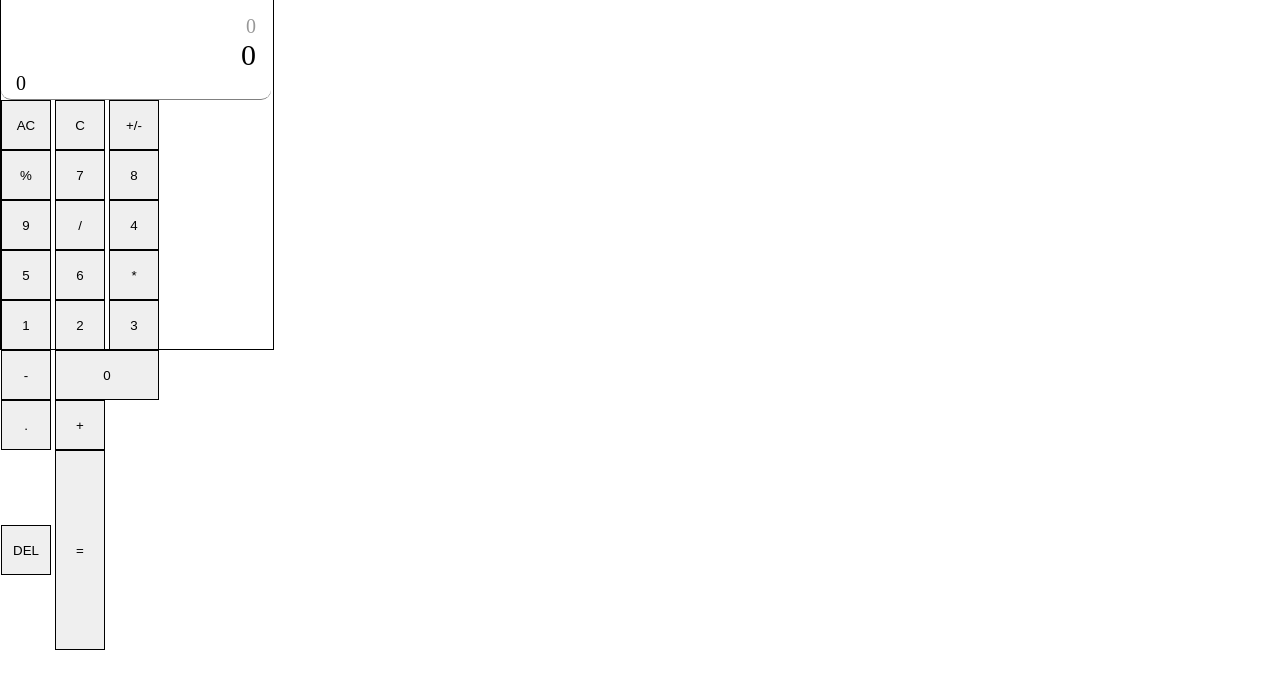
Repository: baziz22/Vanilla_JS_Projects
Page: claculator/index.html
These files come from the project's save history. The page is drawn as it stood at one moment and after the next save; the edit follows.
The browser window is 1280 px wide. The pictures show the whole page.

Above is the page before, as saved 2022-03-02 03:20:38.
Console error: SyntaxError: Malformed arrow function parameter list

### claculator/index.html
<!DOCTYPE html>
<html lang="en">
  <head>
    <meta charset="UTF-8" />
    <meta http-equiv="X-UA-Compatible" content="IE=edge" />
    <meta name="viewport" content="width=device-width, initial-scale=1.0" />
    <link rel="stylesheet" href="style.css" />
    <script src="script.js" defer></script>
    <title>Calculator</title>
  </head>
  <body>
    <div class="container">
      <div class="wrapper">
        <div id="display">
          <div id="equation">0</div>
          <div id="total">0</div>
          <div id="temp-result">0</div>
        </div>
        <div id="buttons">
          <div id="left-side">
            <button class="btn" all-clear>AC</button>
          <button class="btn" last-entity-clear>C</button>
          <button class="btn" operation>+/-</button>
          <button class="btn" operation>%</button>
          <button class="btn" number>7</button>
          <button class="btn" number>8</button>
          <button class="btn" number>9</button>
          <button class="btn" operation>/</button>
          <button class="btn" number>4</button>
          <button class="btn" number>5</button>
          <button class="btn" number>6</button>
          <button classs="btn" operation>*</button>
          <button class="btn" number>1</button>
          <button class="btn" number>2</button>
          <button class="btn" number>3</button>
          <button class="btn" operation">-</button>
          <button class="btn" number id="btn-0">0</button>
          <button class="btn" number dot>.</button>
          <button class="btn" operation>+</button>
          </div>

          <div id="right-side">
            <button class="btn" operation>DEL</button>
            <button class="btn" equal id="equals">=</button>
          </div>












        </div>
      </div>
    </div>
  </body>
</html>

### claculator/style.css
* {
  margin: 0;
  padding: 0;
  box-sizing: border-box;
}
.wrapper {
  border: 1px solid black;
  border-top: 10px;
  width: 274px;
  height: 350px;
}
#buttons {
  display: inline-block;
}
#left-side {
  width: 200px;
  align-items: left;
}
#right-side {
  align-items: right;
}
button {
  border: 0.25px solid black;
  width: 50px;
  height: 50px;
}
#equals {
  height: 200px;
}
#btn-0 {
  width: 104px;
}
#display {
  padding: 15px;
  width: 270px;
  height: 100px;
  text-align: right;
  border-bottom: 1px solid gray;
  border-radius: 10px;
}
#equation {
  opacity: 0.4;
  font-size: 20px;
  /* overflow: hidden; */
}
#total {
  font-size: 30px;
}
#temp-result {
  font-size: 20px;
  text-align: left;
}

### claculator/script.js
const output = document.getElementById('output');
const total = document.getElementById('total');
const reset = document.getElementById('ac');
const btn = document.querySelectorAll('.btn');
const operants = ['=', '+', '-', '*', '/'];
const equalOperation = '=';
function clear() {}
function digitDelete() {}
const operantValue = function (arg, operant) {
  let theOperant = '';
  //console.log('args: ', arg);
  operant.forEach((element, i) => {
    //console.log(i + '. ' + element);
    //console.log('opernat: ', operant);
    if (operant[i] === arg[0]) {
      console.log('this is the operant', operant[i]);
      theOperant = operant[i];
    }
  });
  return theOperant;
};

function appendNumber(d) {
  let digits = [];
  let saveOperants = [];
  let saveDigits = [];
  let outputContents = '';
  console.log('print: ', d);
  if (d.value !== equalOperation) {
    digits.push(d.value);
    let g = operantValue(digits, operants);
    console.log('g: ', g);
    //console.log('digits: ', digits);
    output.innerHTML += digits;
    if (d.value !== g) {
      outputContents += output.textContent;
      console.log(outputContents);
      //saveOutputDigit = outputContents;
      //console.log('s: ',saveOutputDigit);
      out = outputContents.concat();
      console.log('out: ', out);
    }
    if (d.value === g) {
      outputContents = '';
      //saveOutputDigit = '';
      saveOperants.push(g);
      saveDigits.push(Number(out));
      console.log('2. OutputContents: ', out);
      console.log('saveDigits: ', saveDigits);
      //reset outputContent\
      console.log('saveOperants: ', saveOperants);
      //operantValue(digits, operants);
    }
  } else {
    compute();
  }
}
function chooseOperation(operation) {}
function compute() {
  console.log('Final Result');
}
function updateDisplay() {}
let out = '';
let saveOutputDigit = '';


  btn.forEach(element => {
    element.addEventListener('click', appendNumber(element) => {element.value});
  });

After the next save:
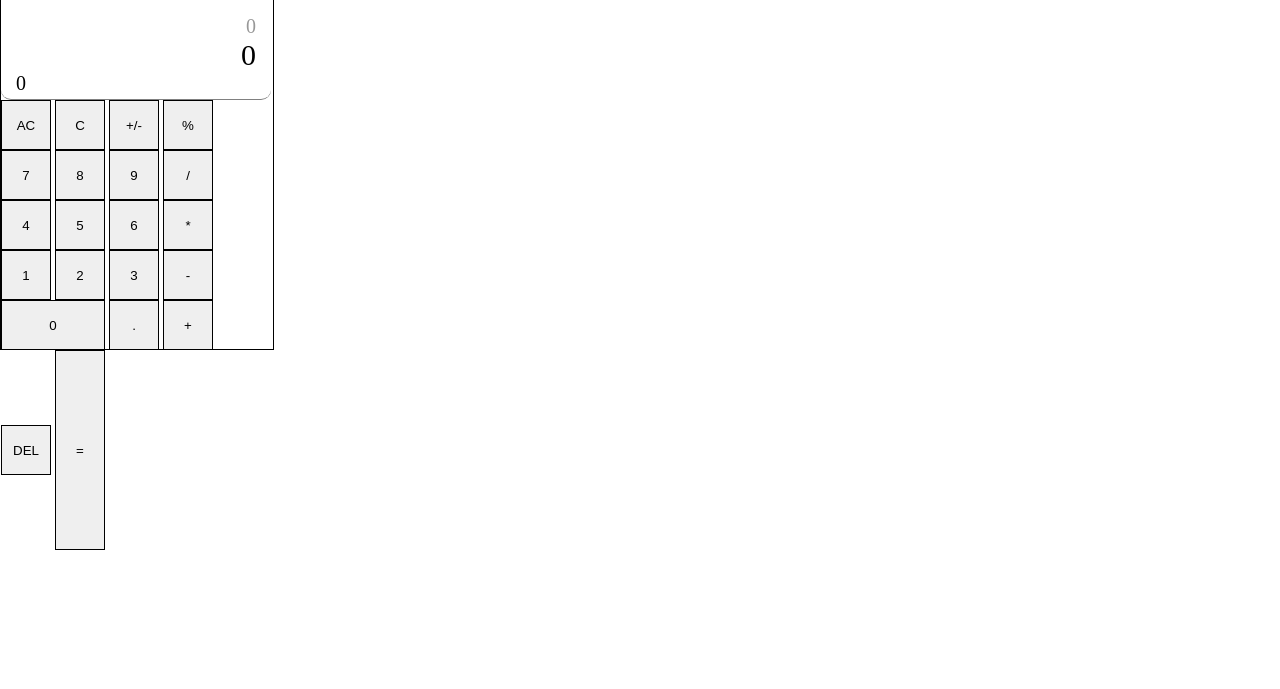
Saved 7 s later.
--- a/claculator/style.css
+++ b/claculator/style.css
@@ -13,7 +13,7 @@
   display: inline-block;
 }
 #left-side {
-  width: 200px;
+  width: 220px;
   align-items: left;
 }
 #right-side {

After the 5 saves that followed:
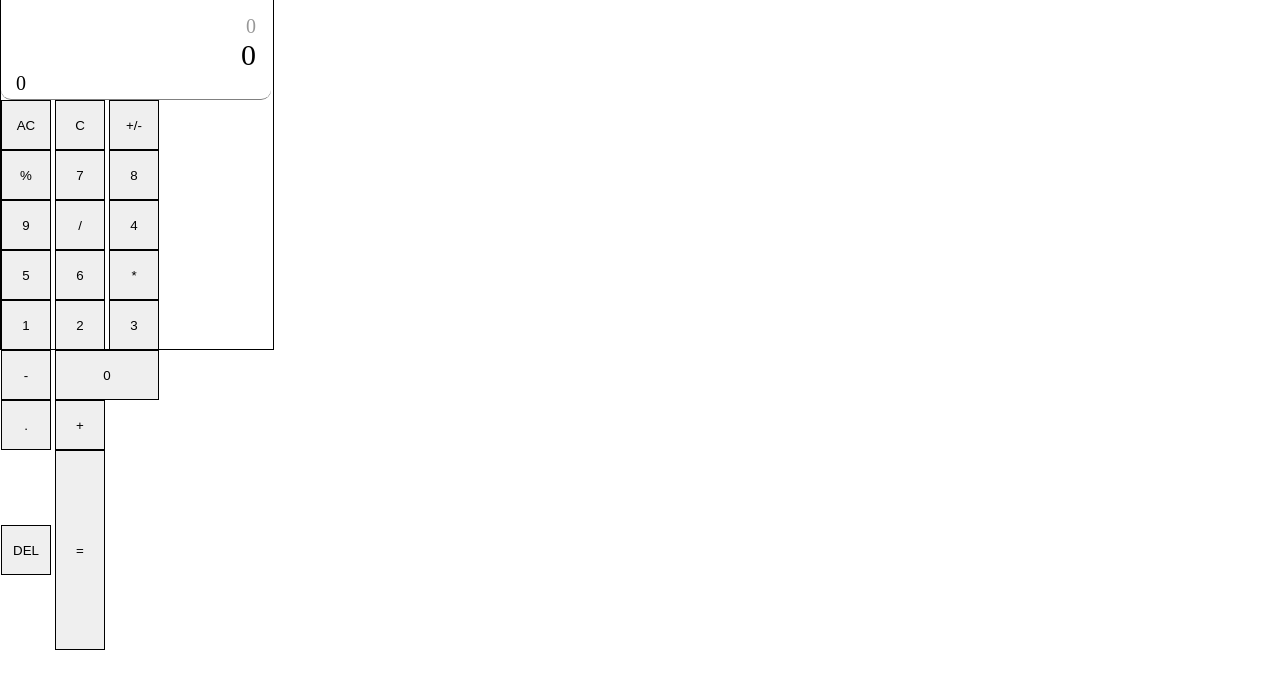
The 5 saves are shown as one change because 4 left the picture as it was.
The last was saved 30 s later.
--- a/claculator/style.css
+++ b/claculator/style.css
@@ -13,7 +13,7 @@
   display: inline-block;
 }
 #left-side {
-  width: 220px;
+  width: 210px;
   align-items: left;
 }
 #right-side {
